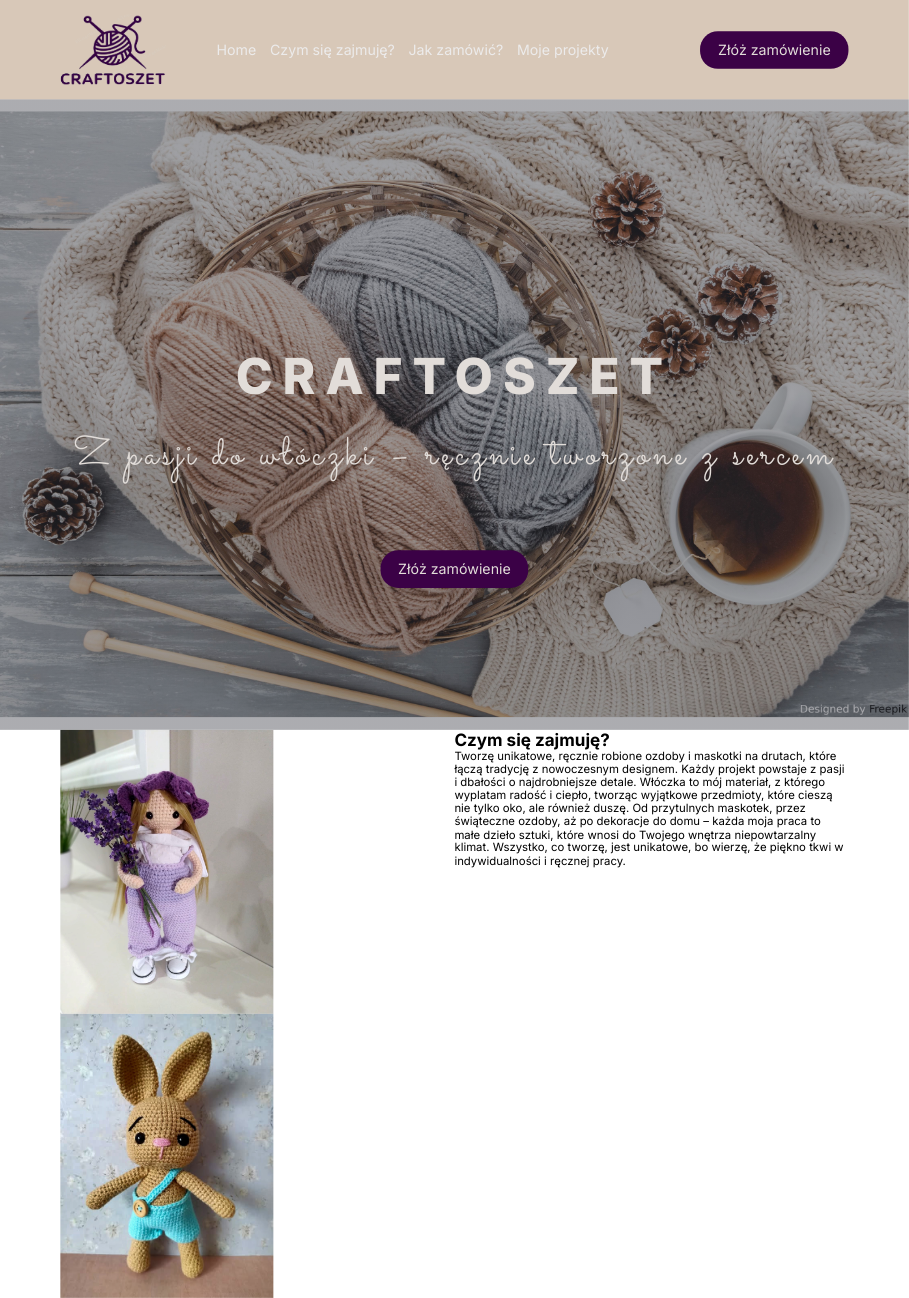
Repository: KlaudiaK0205/Craftoszet
Page: index.html
The author's editor kept a copy of each file at every save. The page is drawn from the files as they stood at one save, then again after a run of saves.
The browser window is 1280 px wide. The pictures show the whole page, at 71% of full size.
Some web libraries are served in a nearby version. The style sheet was rebuilt from its Sass, Less or Tailwind sources for each picture, by a compiler version that may differ from the author's.

Above is the page before, as saved 2024-10-06 12:41:55.

After the next 2 saves:
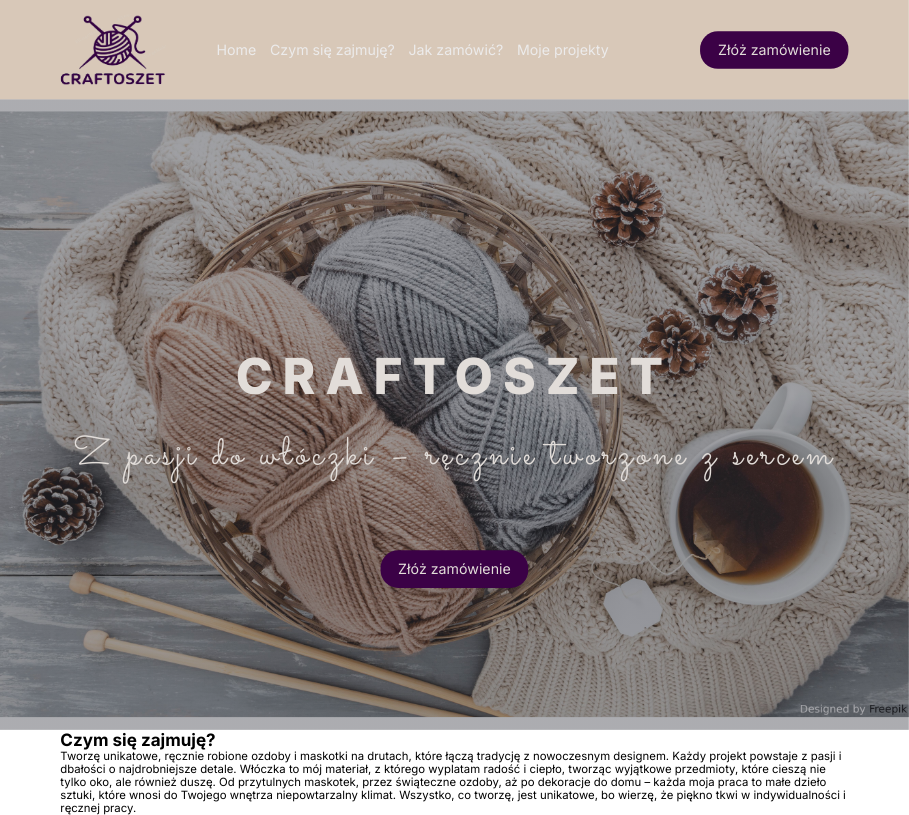
The 2 saves are shown as one change because they came seconds apart.
The last was saved 8 s later.
--- a/sass/layout/_whatIDo.scss
+++ b/sass/layout/_whatIDo.scss
@@ -7,7 +7,7 @@
   grid-template-rows: 1fr;
   gap: 0px 0px;
   grid-template-areas:
-    "images whatIDo";
+    "images ";
 }
 .whatIDo-images {
     grid-area: images;

After the save that followed:
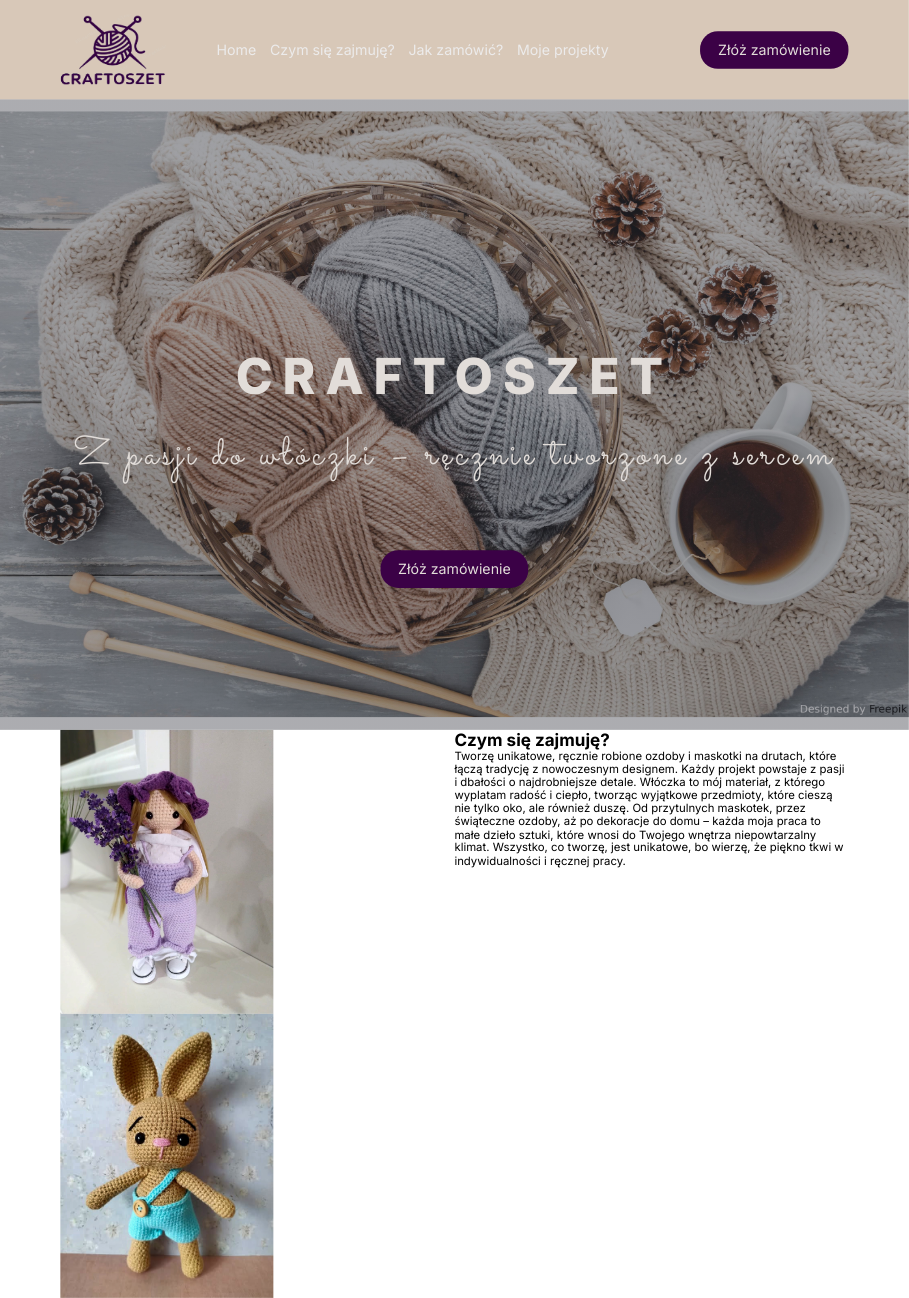
Saved 13 s later.
--- a/sass/layout/_whatIDo.scss
+++ b/sass/layout/_whatIDo.scss
@@ -7,7 +7,7 @@
   grid-template-rows: 1fr;
   gap: 0px 0px;
   grid-template-areas:
-    "images ";
+    "images whatIDo";
 }
 .whatIDo-images {
     grid-area: images;
